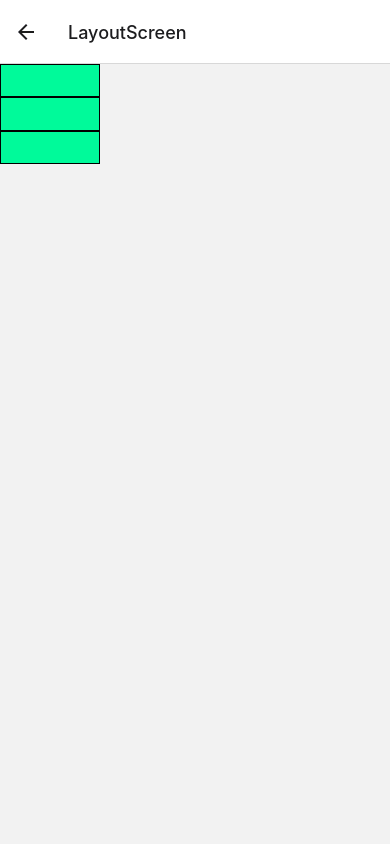
Repository: DS151-UFPR-2023/DS151_Israel-De-Quadros_EX4
Screen: /LayoutScreen
The author's editor kept a copy of each file at every save. The screen is drawn from the files as they stood at one save, then again after the next save.
The app was drawn by React Native's web renderer in a window 390 px wide. The project was rebuilt for these pictures with package versions that can differ from the ones it lists, and the page was loaded fresh each time. Also part of the build but not shown: src/components/style.js, src/components/title/index.js, src/components/result/index.js, src/components/form/index.js, src/components/main/index.js, src/components/novoComponente/index.js, src/components/counterScreen.js, src/components/ColorList.js.

Above is the screen before, as saved 2023-09-08 18:39:25.

### App.js
import { StatusBar } from 'expo-status-bar';
import { StyleSheet, Text, View } from 'react-native';
import Title from './src/components/title';
import Main from './src/components/main';
import Home2 from './src/components/novoComponente';
import { NavigationContainer } from '@react-navigation/native';
import { createStackNavigator } from '@react-navigation/stack';
import HomeScreen from './src/HomeScreen';
import CounterScreen from './src/components/counterScreen';
import Form from './src/components/form';
import ColorList from './src/components/ColorList';
import LayoutScreen from './src/components/LayoutScreen';

const Stack = createStackNavigator();

export default function App() {
  return (
    <NavigationContainer>
      <Stack.Navigator>
        <Stack.Screen name="Home" component={HomeScreen} />
        <Stack.Screen name="Home2" component={Home2} />
        <Stack.Screen name="CounterScreen" component={CounterScreen} />
        <Stack.Screen name="Form" component={Form} />
        <Stack.Screen name="ColorList" component={ColorList} />
        <Stack.Screen name="LayoutScreen" component={LayoutScreen} />
      </Stack.Navigator>
    </NavigationContainer>
  );
}

const styles = StyleSheet.create({
  container: {
    flex: 1,
    backgroundColor: '#999',
    alignItems: 'center',
    justifyContent: 'center',
  },
});

### src/HomeScreen.js
import React from "react";
import { View, Text, StyleSheet, Button } from 'react-native';

function HomeScreen({ navigation }) {
    return (
        <View style={style.mainView}>
            <Text>Home Screen</Text>
            <Button title="Ir para Galeria!"
                onPress={() => navigation.navigate('Home2')}
            />
            <Button title="Ir para Counter!"
                onPress={() => navigation.navigate('CounterScreen')}
            />
            <Button title="Ir para Form!"
                onPress={() => navigation.navigate('Form')}
            />
            <Button title="Ir para ColorList!"
                onPress={() => navigation.navigate('ColorList')}
            />
            <Button title="Ir para LayoutScreen!"
                onPress={() => navigation.navigate('LayoutScreen')}
            />
        </View>
    )
}

export default HomeScreen;

const style = StyleSheet.create({
    mainView: {
        flex: 1,
        alignItems: 'center',
        justifyContent: 'center'
    }
})

### src/components/LayoutScreen.js
import React from "react";
import { View, Text, StyleSheet } from "react-native";

const LayoutScreen = () => {
    return (
        <View style={styles.root}>
            <View style={styles.elm3}></View>
            <View style={styles.elm3}></View>
            <View style={styles.elm3}></View>
        </View>
    )
}
const styles = StyleSheet.create({
    root: {
        width: 100,
        height: 100,
        backgroundColor: '#00FA9A',
    },
    elm1 : {
        flex:1,
        borderWidth: 1,
        backgroundColor: '#00FA9A',
    },
    elm2 : {
        flex:1,
        borderWidth: 1,
        backgroundColor: '#00FA9A',
    },
    elm3 : {
        flex:1,
        borderWidth: 1,
        backgroundColor: '#red',
    },
});
export default LayoutScreen;

After the next save:
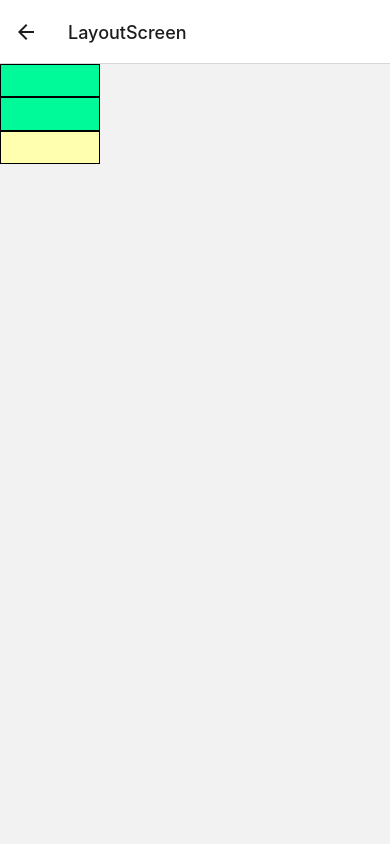
Saved 24 s later.
--- a/src/components/LayoutScreen.js
+++ b/src/components/LayoutScreen.js
@@ -4,8 +4,8 @@ import { View, Text, StyleSheet } from "react-native";
 const LayoutScreen = () => {
     return (
         <View style={styles.root}>
-            <View style={styles.elm3}></View>
-            <View style={styles.elm3}></View>
+            <View style={styles.elm1}></View>
+            <View style={styles.elm2}></View>
             <View style={styles.elm3}></View>
         </View>
     )
@@ -14,7 +14,7 @@ const styles = StyleSheet.create({
     root: {
         width: 100,
         height: 100,
-        backgroundColor: '#00FA9A',
+        backgroundColor: '#FFFFAF',
     },
     elm1 : {
         flex:1,
